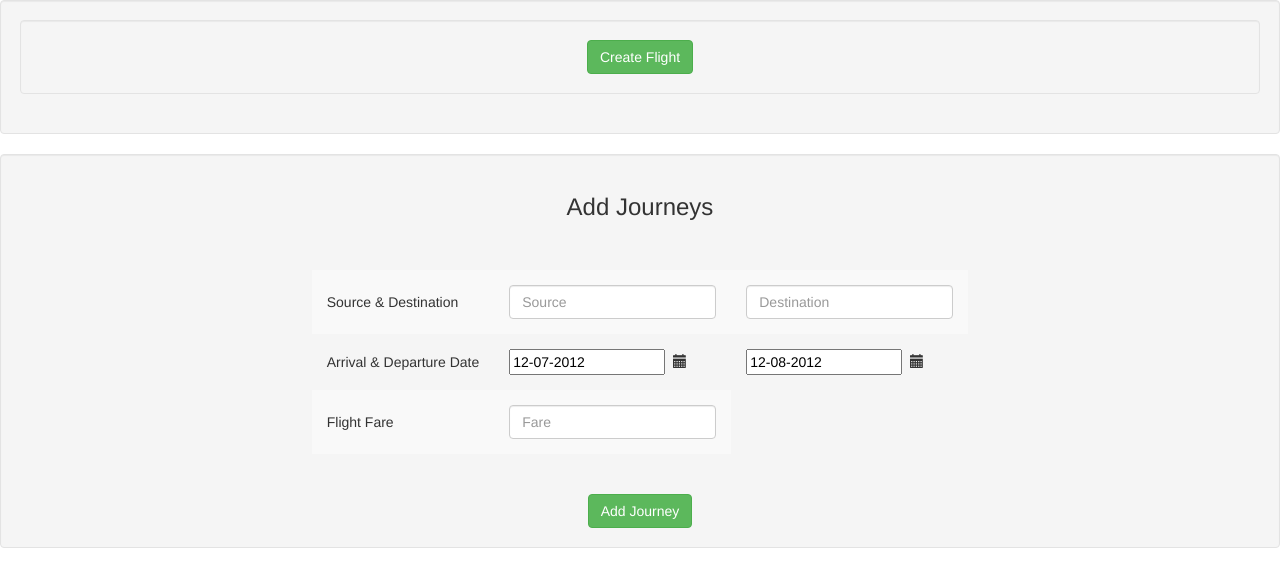
Repository: harshadrane89/CMPE273-WebService-AirlineManagement
Page: http://localhost/AirlineManagementSystemClient/TwitterGUI/AddJourney.jsp
These files come from the project's save history. The page is drawn as it stood at one moment and after the next save; the edit follows.
The browser window is 1280 px wide. The pictures show the whole page.
The page is served by Tomcat 9. Other server files are loaded and not shown.

Above is the page before, as saved 2013-12-08 13:43:12.

### 273_Project_Tomcat/AirlineManagementSystemClient/WebContent/TwitterGUI/AddJourney.jsp
<%@page import="com.airlinemgmt.beans.Journey"%>
<%@page import="com.airlinemgmt.beans.FlightDetails"%>
<%@ page language="java" contentType="text/html; charset=US-ASCII"
	pageEncoding="US-ASCII"%>
<!DOCTYPE html PUBLIC "-//W3C//DTD HTML 4.01 Transitional//EN" "http://www.w3.org/TR/html4/loose.dtd">
<html>
<head>
<meta http-equiv="Content-Type" content="text/html; charset=US-ASCII">
<title></title>
<link href="css/bootstrap.min.css" rel="stylesheet" media="screen">
<link href="css/datepicker.css" rel="stylesheet">
<link href="css/prettify.css" rel="stylesheet">
</head>
<body>

	<div class="well">
		<%
			if (session.getAttribute("newFlight") != null) {
				FlightDetails flight = (FlightDetails) session
						.getAttribute("newFlight");
		%>
		<br>

		<center>
			<h1>Flight Info</h1>
		</center>
		<br> <br>
		<h2>
			Airline -
			<%=flight.getAirlineName()%></h2>
		<br>
		<h3>
			Flight Number -<%=flight.getFlightNum()%></h3>
		<br>
		<h4><%=flight.getSrc()%>
			--><%=flight.getDest()%>
		</h4>
		<br>
		<h4>
			Flight Date -
			<%=flight.getFlightDate()%>
		</h4>
		<br> <br> <br>
		<%
			if (flight.getJourneyInfo() != null) {
					Journey[] journey = flight.getJourneyInfo();
		%>
		<center>
			<h4>Journeys For The Flight</h4>
			<table class="table-striped" width="800px" cellpadding="10px">
				<thead>
					<tr>

						<td><b>Source</b></td>
						<td><b>Destination</b></td>
						<td><b>Take - Off Date</b></td>
						<td><b>Landing Date</b></td>
						<td><b>Fare</b></td>
					</tr>
					<tr>
						<td><%=journey[0].getBoardingPoint()%></td>
						<td><%=journey[0].getDestinationPoint()%></td>
						<td><%=journey[0].getDepartureDate()%></td>
						<td><%=journey[0].getArrivalDate()%></td>
						<td><%=journey[0].getFare()%></td>
					</tr>
					<%
						for (int i = 1; i < journey.length; i++) {
					%>
					<tr>
						<td><%=journey[i].getBoardingPoint()%></td>
						<td><%=journey[i].getDestinationPoint()%></td>
						<td><%=journey[i].getDepartureDate()%></td>
						<td><%=journey[i].getArrivalDate()%></td>
						<td><%=journey[i].getFare()%></td>
						<td>
							<form action="../JourneyProcessor" method="get">
								<input type="submit" value="Delete" name="<%=i%>" class="btn btn-danger">
							</form>
						</td>
					</tr>

					<%
						}
					%>

			</table>
		</center>


		<%
			}
			}
		%>
<form action="../FlightProcessor" method="post" class="well">
	<center>
		<input type="submit" value="Create Flight" class="btn btn-success">
	</center>
</form>

	</div>
	<form action="../JourneyProcessor" method="post" class="well">
		<center>




			<h3>Add Journeys</h3>
			<br /> <br />


			<table cellpadding="15px" cellspacing="15px" class="table-striped">
				<tr>
					<td> Source & Destination</td>
					<td><input type="text" name="src" placeholder="Source" class="form-control"></td>
					<td><input type="text" name="dest" placeholder="Destination" class="form-control"></td>
				</tr>

				<tr>
					<td> Arrival & Departure Date</td>
					<td>
						<div class="input-append date input-group" id="dp1"
							data-date="12-07-2012" data-date-format="mm-dd-yyyy">
							<input class="span2" name="arrDate" size="16" type="text"
								value="12-07-2012" readonly> &nbsp;<span
								class="add-on glyphicon glyphicon-calendar"></span>
						</div>
					</td>
					<td>
						<div class="input-append date input-group" id="dp2"
							data-date="12-08-2012" data-date-format="mm-dd-yyyy">
							<input class="span2" name="deptDate" size="16" type="text"
								value="12-08-2012" readonly> &nbsp;<span
								class="add-on glyphicon glyphicon-calendar"></span>
						</div>
					</td>
				</tr>
				<tr>
					<td>Flight Fare</td>
					<td><input type="text" name="fare" placeholder="Fare" class="form-control"></td>

				</tr>


			</table>

			<br> <br> <input type="submit" class="btn btn-success"
				value="Add Journey">

		</center>


	</form>
	<script src="../js/prettify.js"></script>
	<script src="../js/jquery-1.9.1.js"></script>
	<script src="../js/bootstrap-datepicker.js"></script>
	<script>
		$(function() {
			window.prettyPrint && prettyPrint();
			$('#dp1').datepicker();
			$('#dp2').datepicker();

			var checkin = $('#dpd1').datepicker({
				onRender : function(date) {
					return date.valueOf() < now.valueOf() ? 'disabled' : '';
				}
			}).on('changeDate', function(ev) {
				if (ev.date.valueOf() > checkout.date.valueOf()) {
					var newDate = new Date(ev.date)
					newDate.setDate(newDate.getDate() + 1);
					checkout.setValue(newDate);
				}
				checkin.hide();
				$('#dpd2')[0].focus();
			}).data('datepicker');
			var checkout = $('#dpd2')
					.datepicker(
							{
								onRender : function(date) {
									return date.valueOf() <= checkin.date
											.valueOf() ? 'disabled' : '';
								}
							}).on('changeDate', function(ev) {
						checkout.hide();
					}).data('datepicker');
		});
	</script>
	<script src="http://www.google-analytics.com/urchin.js"
		type="text/javascript">

	</script>
</body>
</html>

### 273_Project_Tomcat/AirlineManagementSystemClient/WebContent/css/datepicker.css
/*!
 * Datepicker for Bootstrap
 *
 * Copyright 2012 Stefan Petre
 * Licensed under the Apache License v2.0
 * http://www.apache.org/licenses/LICENSE-2.0
 *
 */
.datepicker {
  top: 0;
  left: 0;
  padding: 4px;
  margin-top: 1px;
  -webkit-border-radius: 4px;
  -moz-border-radius: 4px;
  border-radius: 4px;
  /*.dow {
    border-top: 1px solid #ddd !important;
  }*/

}
.datepicker:before {
  content: '';
  display: inline-block;
  border-left: 7px solid transparent;
  border-right: 7px solid transparent;
  border-bottom: 7px solid #ccc;
  border-bottom-color: rgba(0, 0, 0, 0.2);
  position: absolute;
  top: -7px;
  left: 6px;
}
.datepicker:after {
  content: '';
  display: inline-block;
  border-left: 6px solid transparent;
  border-right: 6px solid transparent;
  border-bottom: 6px solid #ffffff;
  position: absolute;
  top: -6px;
  left: 7px;
}
.datepicker > div {
  display: none;
}
.datepicker table {
  width: 100%;
  margin: 0;
}
.datepicker td,
.datepicker th {
  text-align: center;
  width: 20px;
  height: 20px;
  -webkit-border-radius: 4px;
  -moz-border-radius: 4px;
  border-radius: 4px;
}
.datepicker td.day:hover {
  background: #eeeeee;
  cursor: pointer;
}
.datepicker td.day.disabled {
  color: #eeeeee;
}
.datepicker td.old,
.datepicker td.new {
  color: #999999;
}
.datepicker td.active,
.datepicker td.active:hover {
  color: #ffffff;
  background-color: #006dcc;
  background-image: -moz-linear-gradient(top, #0088cc, #0044cc);
  background-image: -webkit-gradient(linear, 0 0, 0 100%, from(#0088cc), to(#0044cc));
  background-image: -webkit-linear-gradient(top, #0088cc, #0044cc);
  background-image: -o-linear-gradient(top, #0088cc, #0044cc);
  background-image: linear-gradient(to bottom, #0088cc, #0044cc);
  background-repeat: repeat-x;
  filter: progid:DXImageTransform.Microsoft.gradient(startColorstr='#ff0088cc', endColorstr='#ff0044cc', GradientType=0);
  border-color: #0044cc #0044cc #002a80;
  border-color: rgba(0, 0, 0, 0.1) rgba(0, 0, 0, 0.1) rgba(0, 0, 0, 0.25);
  *background-color: #0044cc;
  /* Darken IE7 buttons by default so they stand out more given they won't have borders */

  filter: progid:DXImageTransform.Microsoft.gradient(enabled = false);
  color: #fff;
  text-shadow: 0 -1px 0 rgba(0, 0, 0, 0.25);
}
.datepicker td.active:hover,
.datepicker td.active:hover:hover,
.datepicker td.active:focus,
.datepicker td.active:hover:focus,
.datepicker td.active:active,
.datepicker td.active:hover:active,
.datepicker td.active.active,
.datepicker td.active:hover.active,
.datepicker td.active.disabled,
.datepicker td.active:hover.disabled,
.datepicker td.active[disabled],
.datepicker td.active:hover[disabled] {
  color: #ffffff;
  background-color: #0044cc;
  *background-color: #003bb3;
}
.datepicker td.active:active,
.datepicker td.active:hover:active,
.datepicker td.active.active,
.datepicker td.active:hover.active {
  background-color: #003399 \9;
}
.datepicker td span {
  display: block;
  width: 47px;
  height: 54px;
  line-height: 54px;
  float: left;
  margin: 2px;
  cursor: pointer;
  -webkit-border-radius: 4px;
  -moz-border-radius: 4px;
  border-radius: 4px;
}
.datepicker td span:hover {
  background: #eeeeee;
}
.datepicker td span.active {
  color: #ffffff;
  background-color: #006dcc;
  background-image: -moz-linear-gradient(top, #0088cc, #0044cc);
  background-image: -webkit-gradient(linear, 0 0, 0 100%, from(#0088cc), to(#0044cc));
  background-image: -webkit-linear-gradient(top, #0088cc, #0044cc);
  background-image: -o-linear-gradient(top, #0088cc, #0044cc);
  background-image: linear-gradient(to bottom, #0088cc, #0044cc);
  background-repeat: repeat-x;
  filter: progid:DXImageTransform.Microsoft.gradient(startColorstr='#ff0088cc', endColorstr='#ff0044cc', GradientType=0);
  border-color: #0044cc #0044cc #002a80;
  border-color: rgba(0, 0, 0, 0.1) rgba(0, 0, 0, 0.1) rgba(0, 0, 0, 0.25);
  *background-color: #0044cc;
  /* Darken IE7 buttons by default so they stand out more given they won't have borders */

  filter: progid:DXImageTransform.Microsoft.gradient(enabled = false);
  color: #fff;
  text-shadow: 0 -1px 0 rgba(0, 0, 0, 0.25);
}
.datepicker td span.active:hover,
.datepicker td span.active:focus,
.datepicker td span.active:active,
.datepicker td span.active.active,
.datepicker td span.active.disabled,
.datepicker td span.active[disabled] {
  color: #ffffff;
  background-color: #0044cc;
  *background-color: #003bb3;
}
.datepicker td span.active:active,
.datepicker td span.active.active {
  background-color: #003399 \9;
}
.datepicker td span.old {
  color: #999999;
}
.datepicker th.switch {
  width: 145px;
}
.datepicker th.next,
.datepicker th.prev {
  font-size: 21px;
}
.datepicker thead tr:first-child th {
  cursor: pointer;
}
.datepicker thead tr:first-child th:hover {
  background: #eeeeee;
}
.input-append.date .add-on i,
.input-prepend.date .add-on i {
  display: block;
  cursor: pointer;
  width: 16px;
  height: 16px;
}

Loaded but not shown: 273_Project_Tomcat/AirlineManagementSystemClient/WebContent/js/prettify.js (library); 273_Project_Tomcat/AirlineManagementSystemClient/WebContent/js/jquery-1.9.1.js (library); 273_Project_Tomcat/AirlineManagementSystemClient/WebContent/js/bootstrap-datepicker.js (library); 273_Project_Tomcat/AirlineManagementSystemClient/WebContent/css/bootstrap.min.css (library); 273_Project_Tomcat/AirlineManagementSystemClient/WebContent/css/prettify.css (common file)

After the next save:
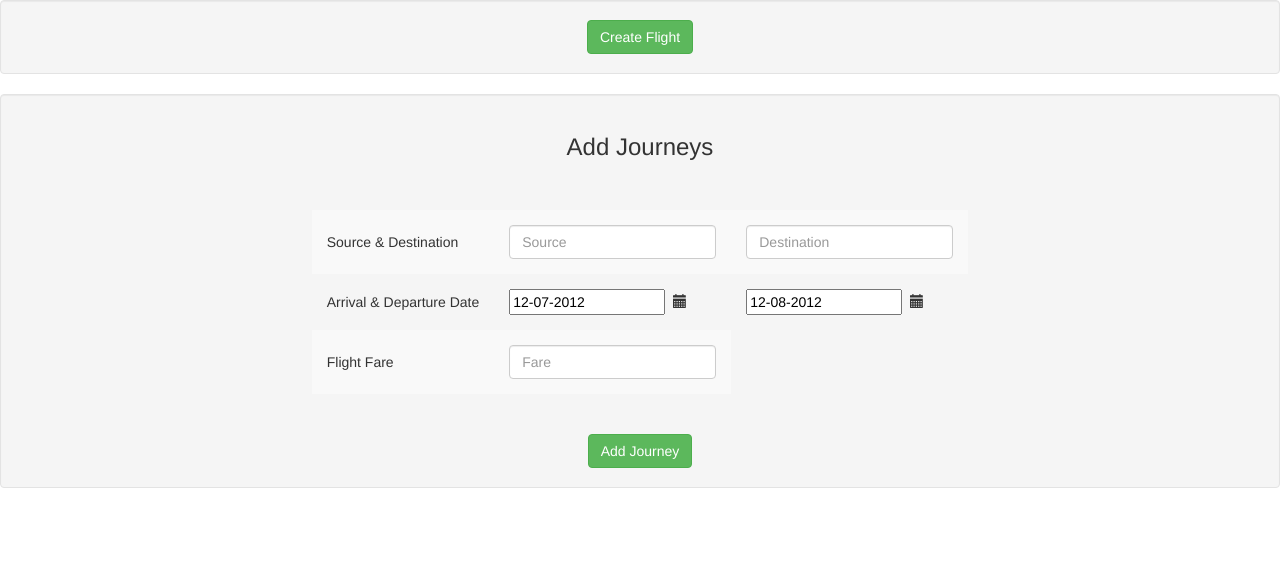
Saved 20 min 38 s later.
--- a/273_Project_Tomcat/AirlineManagementSystemClient/WebContent/TwitterGUI/AddJourney.jsp
+++ b/273_Project_Tomcat/AirlineManagementSystemClient/WebContent/TwitterGUI/AddJourney.jsp
@@ -92,7 +92,7 @@
 			}
 			}
 		%>
-<form action="../FlightProcessor" method="post" class="well">
+<form action="../FlightProcessor" method="post" >
 	<center>
 		<input type="submit" value="Create Flight" class="btn btn-success">
 	</center>
